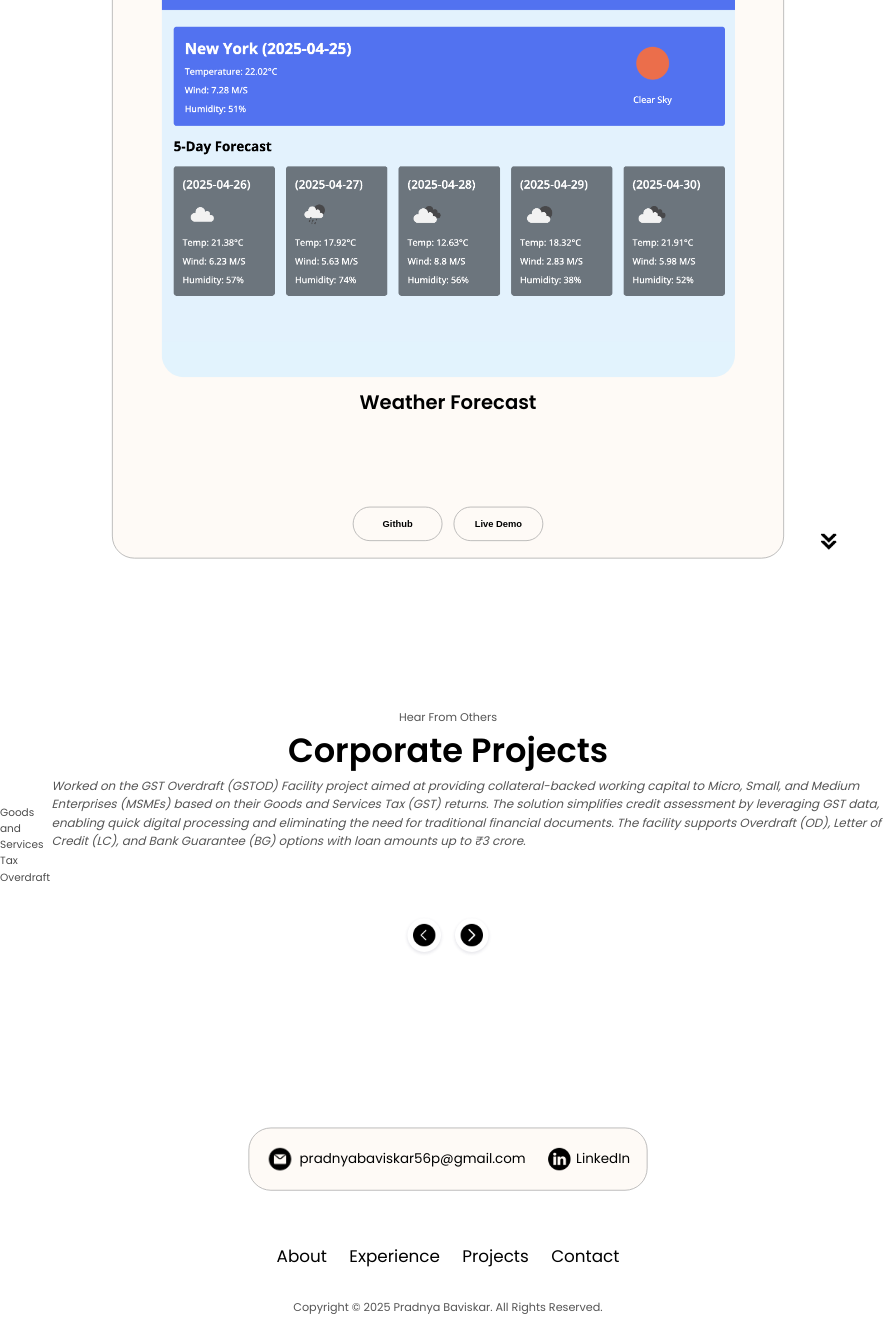
Repository: Pradnya-07/Portfolio-Pradnya
Page: index.html
The author's editor kept a copy of each file at every save. The page is drawn from the files as they stood at one save, then again after the next save.
The browser window is 1280 px wide. The pictures show the part of the page from y = 4107 to 6027 px (the page is 6027 px tall), at 70% of full size.
A picture or video elsewhere on the page could not be fetched, so the positions and the page height are approximate.

Above is the page before, as saved 2025-05-04 12:17:03.

After the next save:
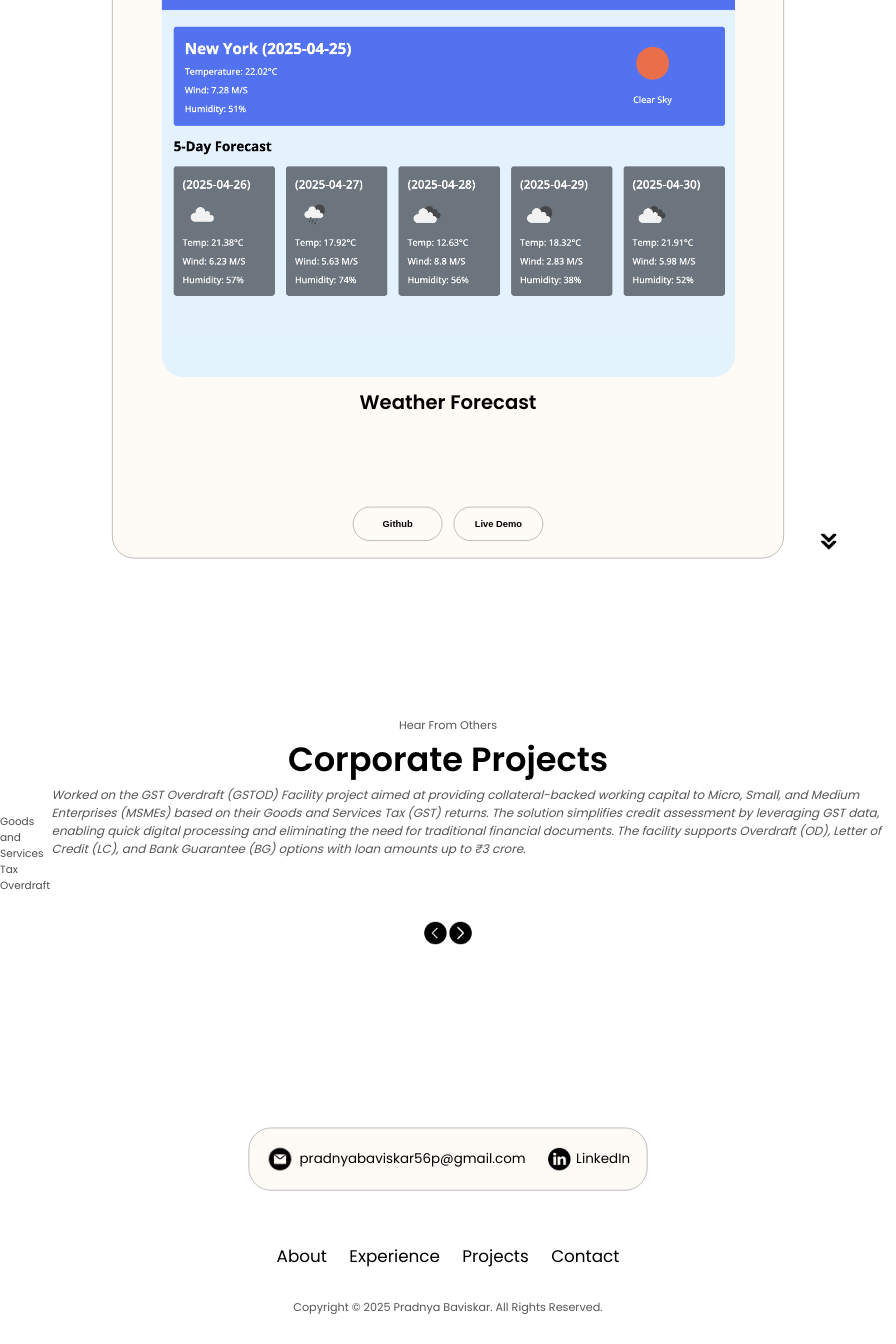
Saved 6 min 56 s later.
--- a/index.html
+++ b/index.html
@@ -472,11 +472,11 @@
 
 
     <div>
-      <a class="prev">
+      <a class="corpprev">
         <img class="icon" src="./assets/leftarrow.png" alt="left" />
 
       </a>
-      <a class="next">
+      <a class="corpnext">
         <img class="icon" src="./assets/rightarrow.png" alt="right" />
       </a>
     </div>
